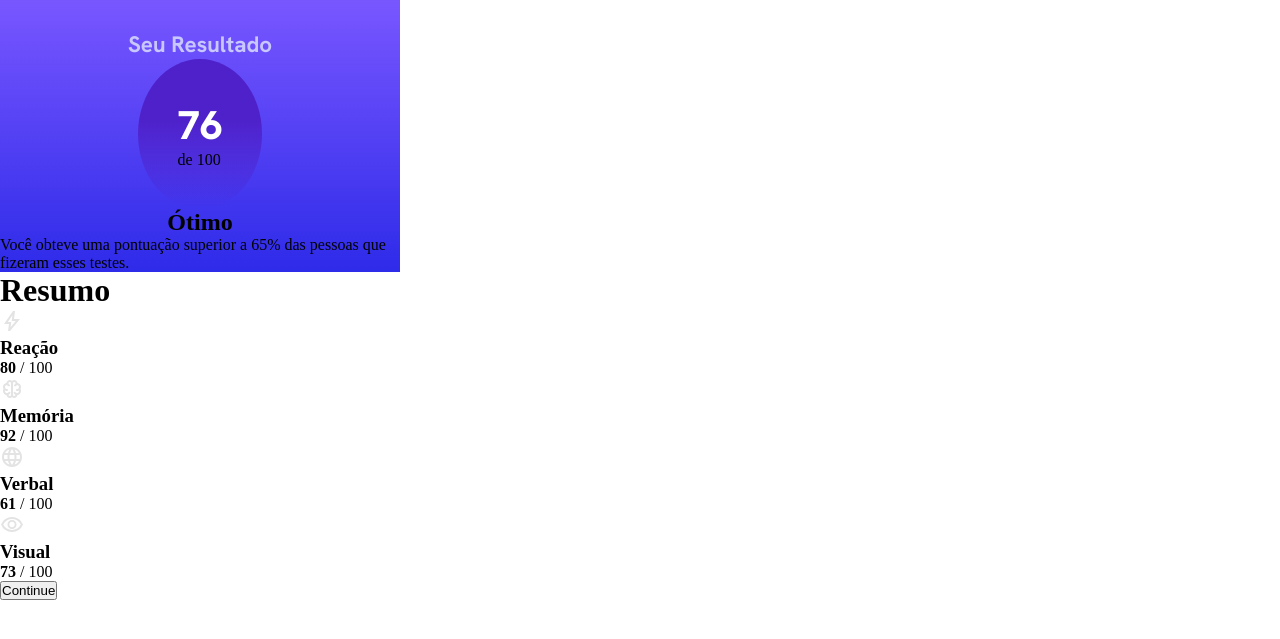
Repository: caique2512/resumo-de-resultados
Page: index.html
The author's editor kept a copy of each file at every save. The page is drawn from the files as they stood at one save, then again after a run of saves.
The browser window is 1280 px wide. The pictures show the whole page.

Above is the page before, as saved 2026-03-05 23:18:02.

After the next 2 saves:
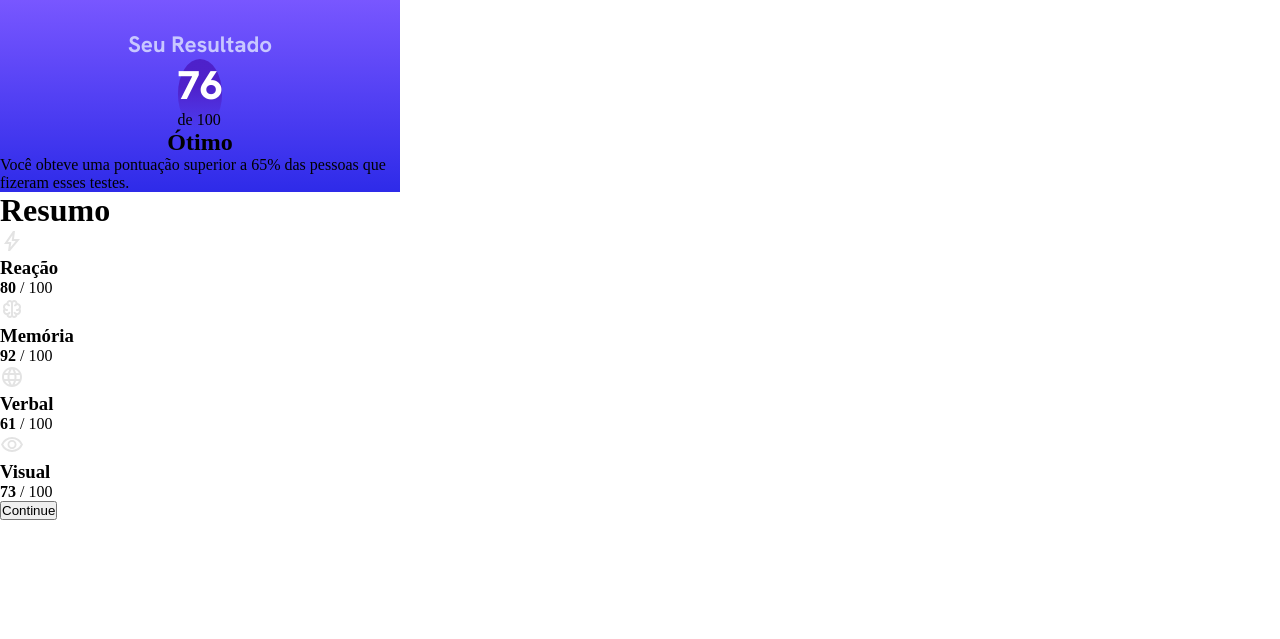
The 2 saves are shown as one change because they came seconds apart.
The last was saved 9 s later.
--- a/src/css/estilos.css
+++ b/src/css/estilos.css
@@ -18,7 +18,7 @@
 
 .circulo {
     background: linear-gradient(hsla(256, 72%, 46%, 1) 40%, hsla(241, 72%, 46%, 0));
-    padding: 40px;
+    width: ;
     border-radius: 50%;
 }
 
